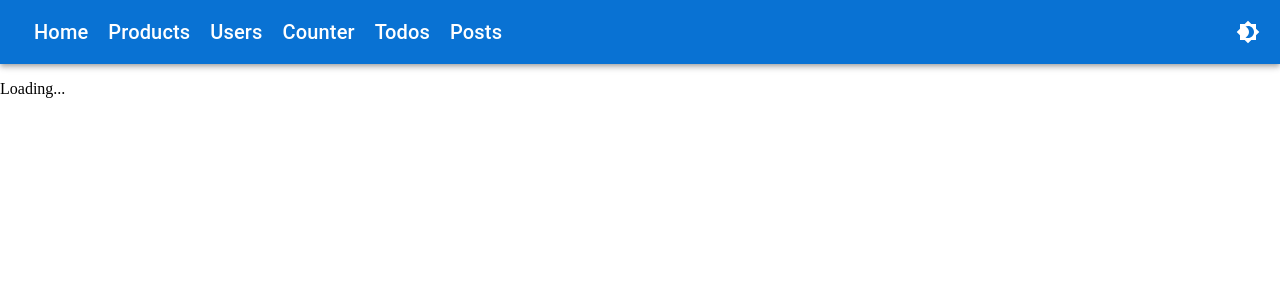
Repository: Vijay-Singh1/delente-assessment
Page: /todos
These files come from the project's save history. The page is drawn as it stood at one moment and after the next save; the edit follows.
The browser window is 1280 px wide. The pictures show the whole page.
The page's requests for data from a server got no answer. The project was rebuilt for these pictures with package versions that can differ from the ones it lists, and the page was loaded fresh each time. The framework's server and built-in components were replaced by stand-ins that run in the browser. No one was signed in, and anything a server would have sent is missing. Also part of the build but not shown: next.config.mjs.

Above is the page before, as saved 2024-10-09 20:03:16.

### pages/_app.js
import { ThemeProvider } from '../contexts/theme';
import '../styles/global.css';
import Navbar from './navbar';

function MyApp({ Component, pageProps }) {
    return <ThemeProvider>
        <Navbar />
        <Component {...pageProps} />
    </ThemeProvider>;
}

export default MyApp;

### pages/todos.js
import { useEffect, useState } from 'react';

export default function Todos() {
  const [todos, setTodos] = useState([]);
  const [loading, setLoading] = useState(true);

  useEffect(() => {
    async function fetchTodos() {
      const res = await fetch('https://jsonplaceholder.typicode.com/todos');
      const data = await res.json();
      setTodos(data.slice(0, 10));
      setLoading(false);
    }
    fetchTodos();
  }, []);

  if (loading) return <p>Loading...</p>;

  return (
    <ul>
      {todos.map(todo => (
        <li key={todo.id}>{todo.title}</li>
      ))}
    </ul>
  );
}

### contexts/theme.js
// contexts/ThemeProvider.js
import { createContext, useContext, useState, useEffect } from 'react';

const ThemeContext = createContext();

export function ThemeProvider({ children }) {
  const [theme, setTheme] = useState('light');

  useEffect(() => {
    const savedTheme = localStorage.getItem('theme');
    if (savedTheme) setTheme(savedTheme);
  }, []);

  const toggleTheme = () => {
    const newTheme = theme === 'light' ? 'dark' : 'light';
    setTheme(newTheme);
    localStorage.setItem('theme', newTheme);
  };

  return (
    <ThemeContext.Provider value={{ theme, toggleTheme }}>
      {children}
    </ThemeContext.Provider>
  );
}

export const useTheme = () => useContext(ThemeContext);

### styles/global.css
/** @format */
*, *::before, *::after {
  box-sizing: border-box; /* Ensures box-sizing is applied globally */
}

html, body {
  margin: 0;
  padding: 0;
  width: 100%;
  height: 100%;
}

#root, #__next {
  width: 100%;
  height: 100%;
}

### pages/navbar.js

import Link from 'next/link';
import { AppBar, Toolbar, IconButton, Typography } from '@mui/material';
import { Brightness4, Brightness7 } from '@mui/icons-material';
import { useTheme } from '../contexts/theme';

export default function Navbar() {
    const { theme, toggleTheme } = useTheme();

    return (
        <AppBar position="static" sx={{ backgroundColor: theme === 'light' ? '#0972D3' : 'black' }}>
            <Toolbar>
                <Typography variant="h6" component="div" sx={{ flexGrow: 1 }}>
                    <Link href="/" style={{ margin: '0 10px', color: 'white', textDecoration: 'none' }}>Home</Link>
                    <Link href="/products" style={{ margin: '0 10px', color: 'white', textDecoration: 'none' }}>Products</Link>
                    <Link href="/users" style={{ margin: '0 10px', color: 'white', textDecoration: 'none' }}>Users</Link>
                    <Link href="/counter" style={{ margin: '0 10px', color: 'white', textDecoration: 'none' }}>Counter</Link>
                    <Link href="/todos" style={{ margin: '0 10px', color: 'white', textDecoration: 'none' }}>Todos</Link>
                    <Link href="/posts" style={{ margin: '0 10px', color: 'white', textDecoration: 'none' }}>Posts</Link>
                </Typography>
                <IconButton
                    edge="end"
                    color="inherit"
                    onClick={toggleTheme}
                    sx={{ ml: 1 }}
                >
                    {theme === 'light' ? <Brightness4 /> : <Brightness7 />}
                </IconButton>
            </Toolbar>
        </AppBar>
    );
}

After the next save:
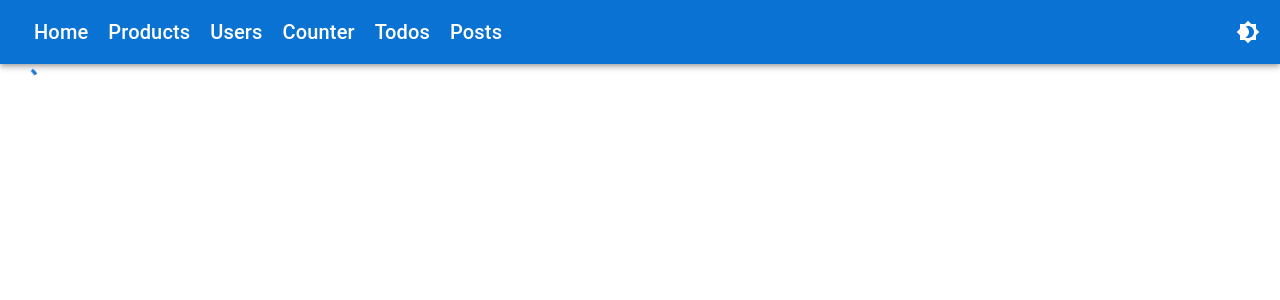
Saved 119 s later.
--- a/pages/todos.js
+++ b/pages/todos.js
@@ -1,3 +1,4 @@
+import { CircularProgress } from '@mui/material';
 import { useEffect, useState } from 'react';
 
 export default function Todos() {
@@ -14,7 +15,9 @@ export default function Todos() {
     fetchTodos();
   }, []);
 
-  if (loading) return <p>Loading...</p>;
+  if (loading) {
+    return <CircularProgress />; // Loading spinner
+  }
 
   return (
     <ul>
